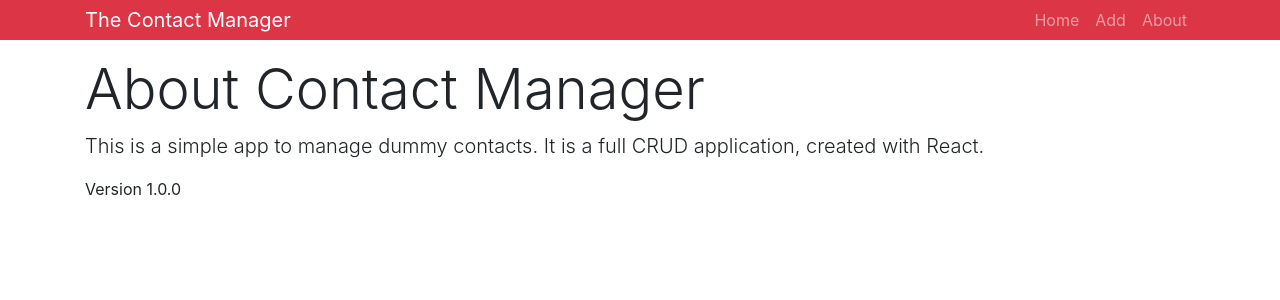
Repository: MikeTroianello/Contact-Manager
Page: /about
An editor plug-in stored every save of this project. The page is shown before and after the next save, followed by the edit.
The browser window is 1280 px wide. The pictures show the whole page.
The page's requests for data from a server got no answer. The project was rebuilt for these pictures with package versions that can differ from the ones it lists, and the page was loaded fresh each time. No one was signed in, and anything a server would have sent is missing. Also part of the build but not shown: src/components/test/Test.js, src/components/contacts/Contact.js, src/components/contacts/Contacts.js, src/components/pages/NotFound.js, src/components/layout/TextInputGroup.js, src/components/contacts/AddContact.js, src/components/contacts/EditContact.js, src/App.css.

Above is the page before, as saved 2019-05-27 23:30:18.

After the next save:
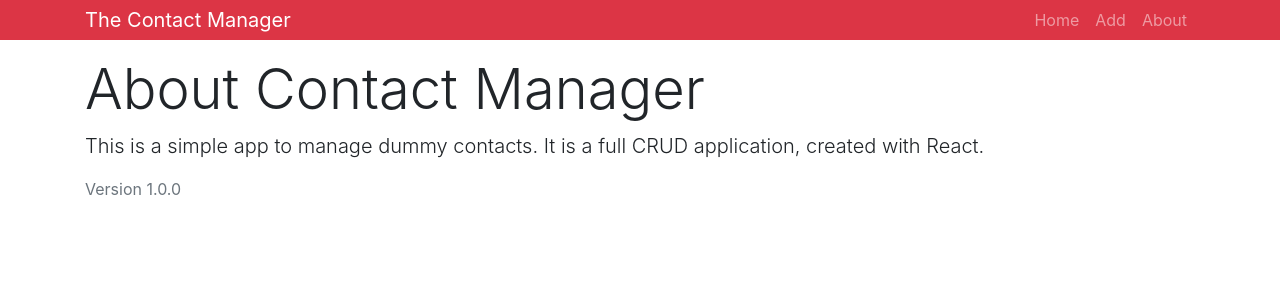
Saved 7 s later.
--- a/src/components/pages/About.js
+++ b/src/components/pages/About.js
@@ -8,7 +8,7 @@ export default function About() {
         This is a simple app to manage dummy contacts. It is a full CRUD
         application, created with React.
       </p>
-      <p className="text-tertiary">Version 1.0.0</p>
+      <p className="text-secondary">Version 1.0.0</p>
     </div>
   );
 }
